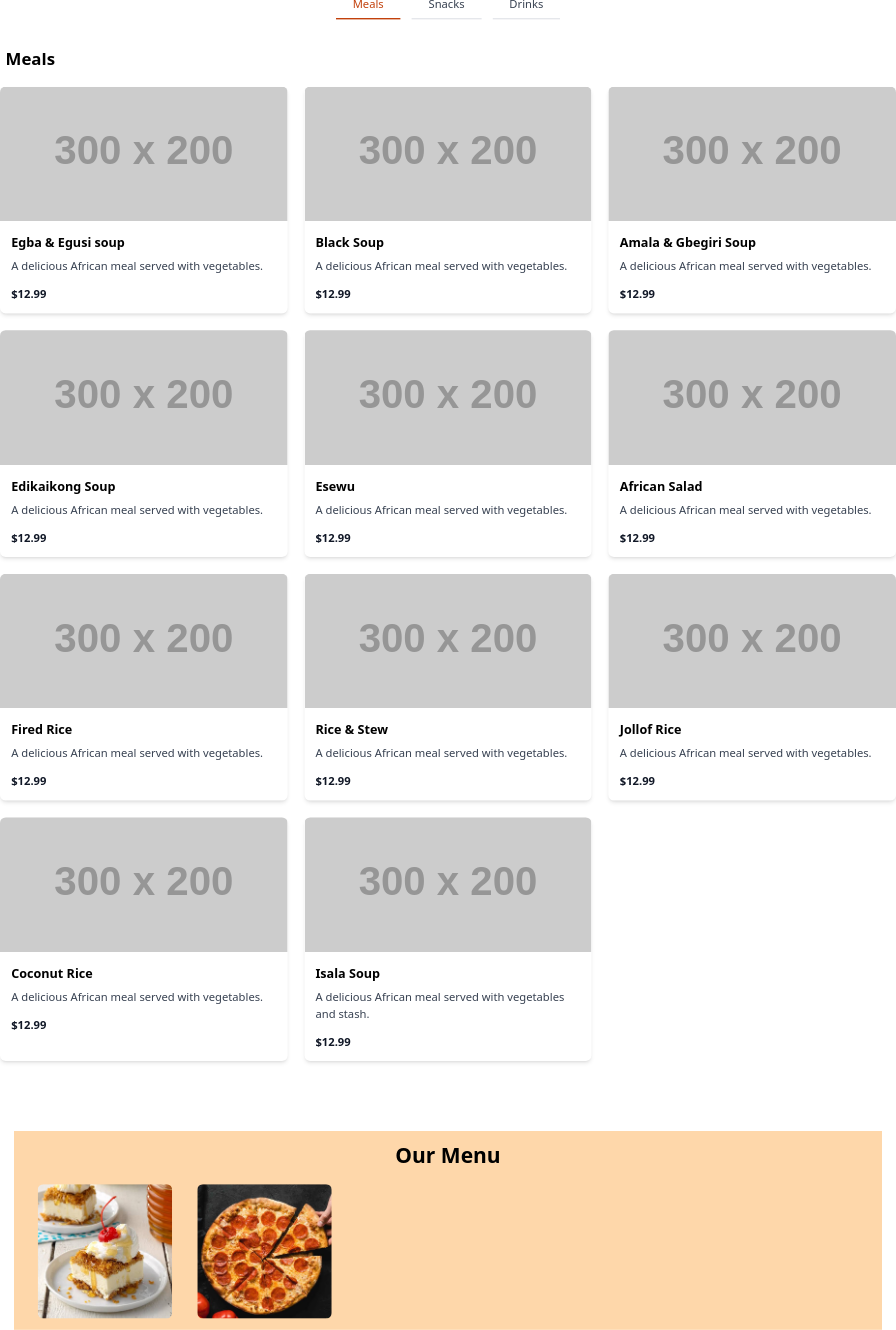
Repository: countaustin1990/BUKKAHUT
Page: Menu.test.html
The author's editor kept a copy of each file at every save. The page is drawn from the files as they stood at one save, then again after the next save.
The browser window is 1280 px wide. The pictures show the part of the page from y = 404 to 2304 px (the page is 2674 px tall before and 1960 px after), at 70% of full size.
A picture or video elsewhere on the page could not be fetched, so the positions and the page height are approximate. Some web libraries are served in a nearby version.

Above is the page before, as saved 2024-08-26 02:21:01.

After the next save:
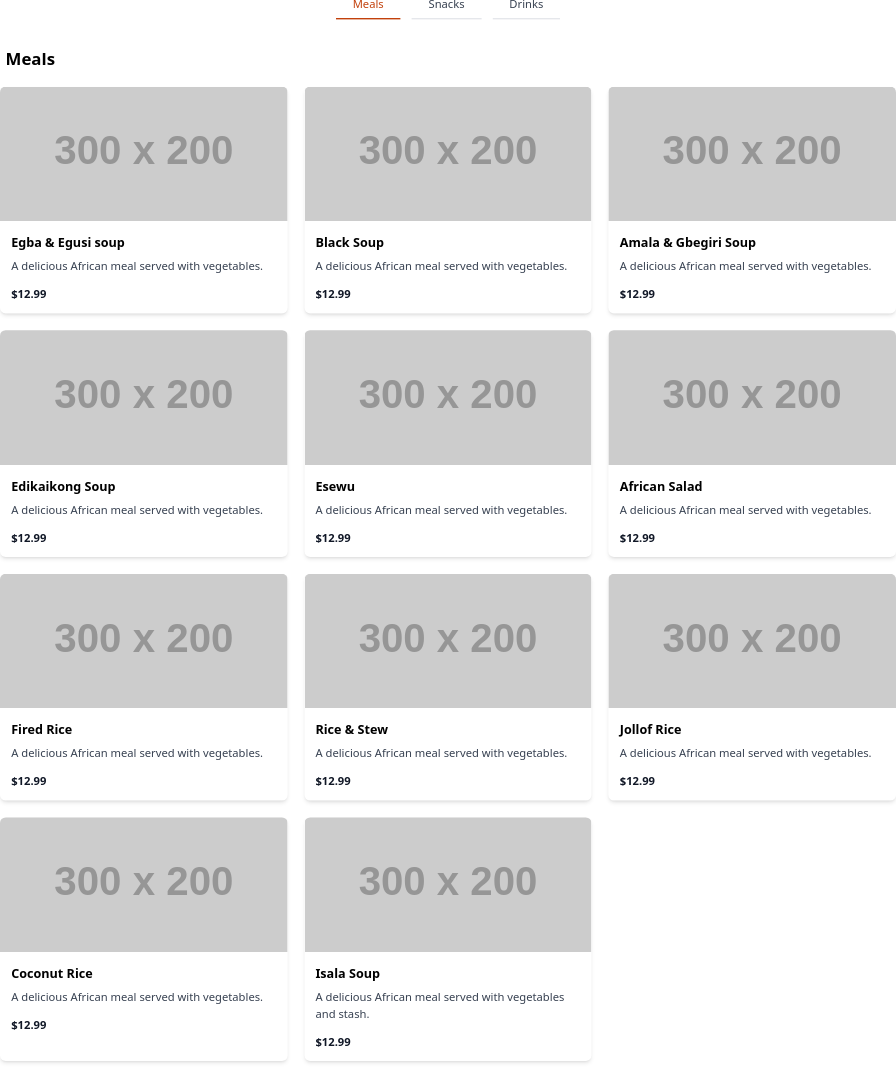
Saved 43 s later.
--- a/Menu.test.html
+++ b/Menu.test.html
@@ -282,6 +282,32 @@
         </div>
 
         <!-- Drinks Tab (Hidden by default) -->
+        <div id="drinks" class="tab-content hidden">
+            <h2 class="text-2xl font-bold mb-4 p-2">Drinks</h2>
+            <div class="grid grid-cols-1 sm:grid-cols-2 lg:grid-cols-3 gap-6">
+                <!-- Drink Cards -->
+                <div class="bg-white shadow-md rounded-lg overflow-hidden">
+                    <img src="https://via.placeholder.com/300x200" alt="Drink" class="w-full h-48 object-cover">
+                    <div class="p-4">
+                        <h3 class="text-lg font-bold mb-2">Chapman</h3>
+                        <p class="text-gray-700">A refreshing non-alcoholic Nigerian cocktail.</p>
+                        <p class="text-gray-900 font-bold mt-4">$5.99</p>
+                    </div>
+                </div>
+                <!-- Drinks Tab (Hidden by default) -->
+        <div id="drinks" class="tab-content hidden">
+            <h2 class="text-2xl font-bold mb-4 p-2">Drinks</h2>
+            <div class="grid grid-cols-1 sm:grid-cols-2 lg:grid-cols-3 gap-6">
+                <!-- Drink Cards -->
+                <div class="bg-white shadow-md rounded-lg overflow-hidden">
+                    <img src="https://via.placeholder.com/300x200" alt="Drink" class="w-full h-48 object-cover">
+                    <div class="p-4">
+                        <h3 class="text-lg font-bold mb-2">Chapman</h3>
+                        <p class="text-gray-700">A refreshing non-alcoholic Nigerian cocktail.</p>
+                        <p class="text-gray-900 font-bold mt-4">$5.99</p>
+                    </div>
+                </div>
+                <!-- Drinks Tab (Hidden by default) -->
         <div id="drinks" class="tab-content hidden">
             <h2 class="text-2xl font-bold mb-4 p-2">Drinks</h2>
             <div class="grid grid-cols-1 sm:grid-cols-2 lg:grid-cols-3 gap-6">
